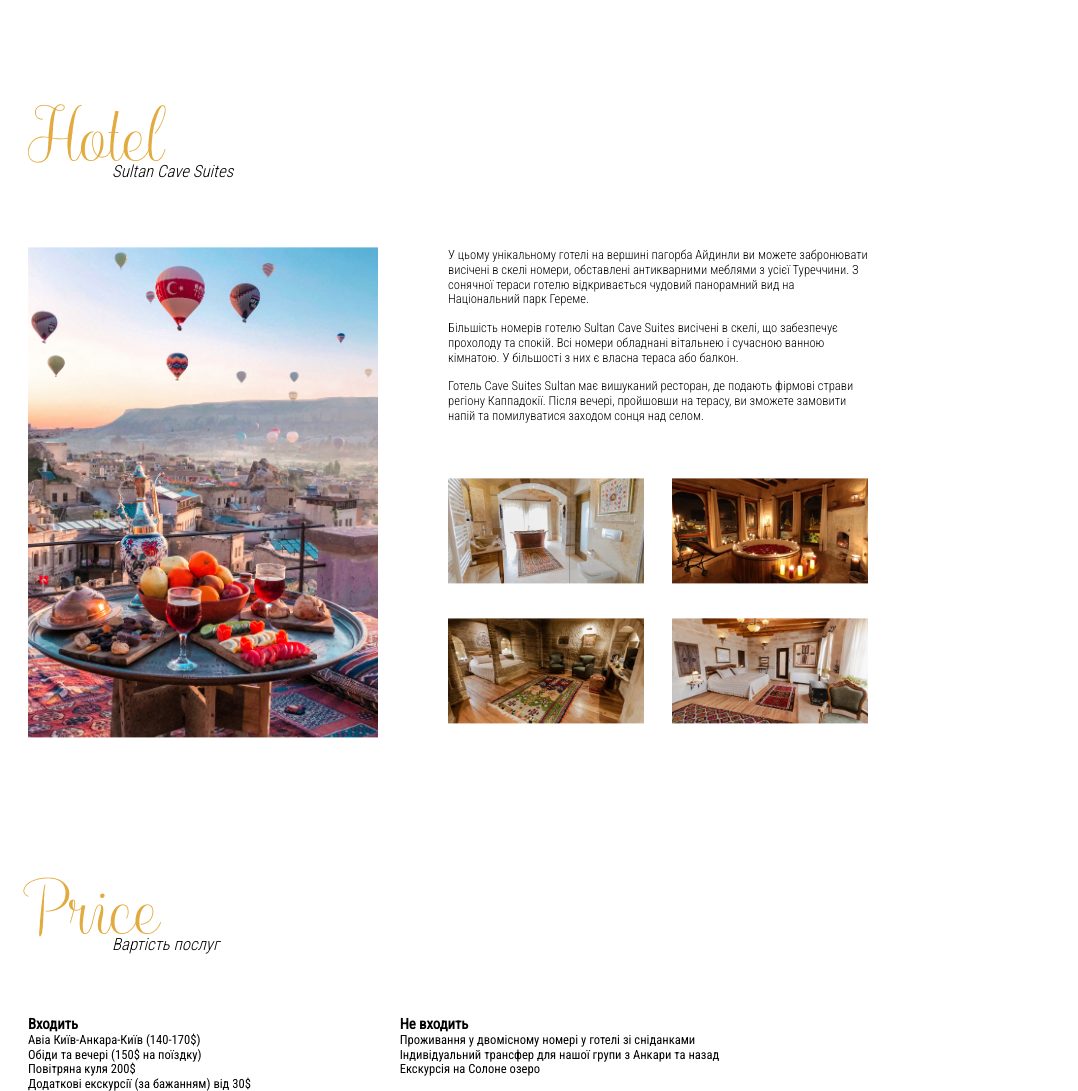
Repository: KYUUBI-K/cappadocia
Page: index.html
The author's editor kept a copy of each file at every save. The page is drawn from the files as they stood at one save, then again after the next save.
The browser window is 1280 px wide. The page is 1540 px wide, so the pictures cover 1540 px, including what lies to the right of the window. The pictures show the part of the page from y = 3179 to 4779 px (the page is 4737 px tall before and 4779 px after), at 70% of full size.

Above is the page before, as saved 2025-08-21 19:17:43.

### index.html
<!DOCTYPE html>
<html lang="en">
  <head>
    <meta charset="UTF-8" />
    <meta name="viewport" content="width=device-width, initial-scale=1.0" />
    <title>Cappadocia</title>
    <link rel="stylesheet" href="./styles.css" />
  </head>
  <body>
    <header class="header">
      <div class="wrapper">
        <nav class="header-menu">
          <ul class="header-menu-list">
            <li class="header-menu-item">
              <a class="header-menu-link" href="#route">Маршрут</a>
            </li>
            <li class="header-menu-item">
              <a class="header-menu-link" href="#hotel">Готель</a>
            </li>
            <li class="header-menu-item">
              <a class="header-menu-link" href="#price">Вартість</a>
            </li>
          </ul>
          <div class="telephone">
            <svg
              class="phone-icon"
              width="30"
              height="30"
              viewBox="0 0 30 30"
              fill="none"
              xmlns="http://www.w3.org/2000/svg"
            >
              <g clip-path="url(#clip0_31_0)">
                <path
                  d="M23.7091 18.5839C23.0949 17.9444 22.3541 17.6025 21.569 17.6025C20.7902 17.6025 20.0431 17.9381 19.4036 18.5776L17.4027 20.5721C17.2381 20.4835 17.0735 20.4011 16.9152 20.3188C16.6873 20.2049 16.472 20.0972 16.2884 19.9832C14.4142 18.7929 12.7109 17.2416 11.0774 15.2345C10.2859 14.2341 9.75404 13.3919 9.36781 12.5372C9.88701 12.0623 10.3682 11.5684 10.8368 11.0935C11.0141 10.9162 11.1913 10.7326 11.3686 10.5553C12.6983 9.22568 12.6983 7.50346 11.3686 6.1738L9.64007 4.44525C9.44379 4.24896 9.24117 4.04635 9.05122 3.84373C8.67132 3.45117 8.27242 3.04594 7.86086 2.66604C7.24669 2.05819 6.51221 1.73528 5.73974 1.73528C4.96727 1.73528 4.22013 2.05819 3.58696 2.66604C3.58063 2.67237 3.58063 2.67237 3.5743 2.6787L1.42152 4.85047C0.61106 5.66093 0.148846 6.64868 0.0475384 7.79472C-0.104423 9.64358 0.440104 11.3658 0.857997 12.4928C1.88373 15.2598 3.41601 17.8241 5.70175 20.5721C8.47504 23.8836 11.8118 26.4986 15.6235 28.3411C17.0798 29.0313 19.0237 29.848 21.1954 29.9873C21.3284 29.9937 21.4677 30 21.5943 30C23.057 30 24.2853 29.4745 25.2477 28.4297C25.2541 28.4171 25.2667 28.4107 25.2731 28.3981C25.6023 27.9992 25.9822 27.6383 26.3811 27.252C26.6534 26.9924 26.932 26.7202 27.2042 26.4353C27.8311 25.7831 28.1603 25.0233 28.1603 24.2445C28.1603 23.4594 27.8247 22.7059 27.1852 22.0727L23.7091 18.5839ZM25.9759 25.2512C25.9695 25.2512 25.9695 25.2576 25.9759 25.2512C25.7289 25.5172 25.4757 25.7578 25.2034 26.0237C24.7918 26.4163 24.374 26.8278 23.9814 27.29C23.3419 27.9739 22.5884 28.2968 21.6007 28.2968C21.5057 28.2968 21.4044 28.2968 21.3094 28.2904C19.4289 28.1701 17.6813 27.4357 16.3707 26.8088C12.7869 25.0739 9.64007 22.6109 7.02508 19.4894C4.86597 16.887 3.42234 14.481 2.46625 11.8977C1.8774 10.3211 1.66212 9.09272 1.7571 7.93401C1.82042 7.19321 2.10534 6.57903 2.63087 6.0535L4.78999 3.89439C5.10024 3.60313 5.42949 3.44484 5.75241 3.44484C6.1513 3.44484 6.47422 3.68544 6.67683 3.88806C6.68317 3.89439 6.6895 3.90072 6.69583 3.90705C7.08206 4.26796 7.4493 4.64153 7.83554 5.04043C8.03182 5.24304 8.23443 5.44565 8.43705 5.6546L10.1656 7.38316C10.8368 8.05432 10.8368 8.67482 10.1656 9.34599C9.98198 9.5296 9.8047 9.71322 9.62108 9.89051C9.08921 10.435 8.58268 10.9416 8.03182 11.4354C8.01916 11.4481 8.00649 11.4544 8.00016 11.4671C7.45563 12.0116 7.55694 12.5435 7.67091 12.9044C7.67724 12.9234 7.68358 12.9424 7.68991 12.9614C8.13946 14.0504 8.77263 15.0762 9.73505 16.2982L9.74138 16.3045C11.4889 18.4573 13.3315 20.1352 15.3639 21.4205C15.6235 21.5852 15.8895 21.7181 16.1427 21.8448C16.3707 21.9587 16.586 22.0664 16.7696 22.1804C16.7949 22.193 16.8202 22.212 16.8456 22.2247C17.0608 22.3323 17.2634 22.383 17.4724 22.383C17.9979 22.383 18.3272 22.0537 18.4348 21.9461L20.6003 19.7806C20.8155 19.5654 21.1574 19.3058 21.5563 19.3058C21.9489 19.3058 22.2718 19.5527 22.4681 19.768C22.4744 19.7743 22.4744 19.7743 22.4808 19.7806L25.9695 23.2694C26.6217 23.9152 26.6217 24.5801 25.9759 25.2512Z"
                  fill="black"
                />
                <path
                  d="M16.2124 7.13621C17.8713 7.41481 19.3782 8.19994 20.5813 9.40296C21.7843 10.606 22.5631 12.1129 22.848 13.7718C22.9176 14.1897 23.2786 14.481 23.6901 14.481C23.7408 14.481 23.7851 14.4747 23.8357 14.4683C24.3043 14.3923 24.6145 13.9491 24.5386 13.4806C24.1966 11.4734 23.2469 9.64357 21.7969 8.19361C20.347 6.74365 18.5171 5.79389 16.51 5.45198C16.0414 5.376 15.6045 5.68625 15.5222 6.14847C15.4399 6.61068 15.7438 7.06023 16.2124 7.13621Z"
                  fill="black"
                />
                <path
                  d="M29.9654 13.2337C29.4019 9.92851 27.8443 6.92095 25.4509 4.52757C23.0575 2.13418 20.05 0.576584 16.7448 0.0130621C16.2826 -0.0692501 15.8457 0.247335 15.7634 0.70955C15.6874 1.1781 15.9977 1.61498 16.4662 1.6973C19.4168 2.1975 22.1078 3.59681 24.2479 5.73059C26.388 7.87071 27.781 10.5617 28.2812 13.5123C28.3508 13.9302 28.7117 14.2214 29.1233 14.2214C29.1739 14.2214 29.2183 14.2151 29.2689 14.2087C29.7311 14.1391 30.0477 13.6959 29.9654 13.2337Z"
                  fill="black"
                />
              </g>
              <defs>
                <clipPath id="clip0_31_0">
                  <rect width="30" height="30" fill="white" />
                </clipPath>
              </defs>
            </svg>
            <div class="number-text">+38(066)555-777-6</div>
          </div>
        </nav>
        <div class="main-title">
          <h1 class="main-title-text">Cappadocia</h1>
          <p class="main-subtitle-text">Ексклюзивний тур</p>
        </div>
      </div>
    </header>

    <section class="about">
      <div class="wrapper">
        <div class="about-title">
          <h2 class="section-title-text">Fairy tail</h2>
          <p class="about-subtitle-text">Казкова країна чудес</p>
        </div>
        <img
          src="./images/Rectangle-about.jpg"
          alt="Hot air balloon"
          class="about-img"
        />
        <div class="about-content">
          <aside class="about-text">
            <!-- prettier-ignore -->
            <p>
            Каппадокія – казкова країна повітряних куль, сирних будиночків,
            різнокольорових долин та чарівних світанків!
            Сюди приїжджають, щоб побачити природні чудеса політати на
            повітряній кулі і, звичайно ж,зробити мільйон красивих фотографій!
          </p>
            <!-- prettier-ignore -->
            <p>
            На учасників туру чекає професійна фотосесія від найкращих
            фотографів Каппадокії!
            Адже саме за чарівними світанками на тлі повітряних куль сюди
            приїжджають люди з усього світу!
          </p>

            <h3>Також Ви побачите:</h3>
            <ul class="about-list">
              <li>Музей на відкритому повітрі у Геремі</li>
              <li>Ущелина Іхлара та монастир Селіме</li>
              <li>Підземні міста</li>
              <li>Фортеця Учхісар</li>
              <li>Зельве та Пашабаг</li>
            </ul>
            <p>та багато інших визначних пам'яток.</p>
            <!-- prettier-ignore -->
            <p>
            Місцева кухня - один із приводів відвідати Каппадокію, тут є ресторани
            на будь-який бюджет.
          </p>
          </aside>
        </div>
      </div>
    </section>

    <section class="route" id="route">
      <div class="wrapper">
        <div class="route-title">
          <h2 class="section-title-text">Our trip</h2>
          <p class="route-subtitle-text">Маршрут</p>
        </div>
        <img
          src="./images/Rectangle-route.png"
          alt="Route map"
          class="route-img"
        />
        <div class="route-content">
          <aside class="route-text">
            <div class="day">
              <h3>День 1</h3>
              <ul>
                <li>Виліт з Києва</li>
                <li>Трансфер до Каппадокії</li>
                <li>Поселення в готель</li>
                <li>Вечірня фотосесія</li>
              </ul>
            </div>

            <div class="day">
              <h3>День 2</h3>
              <ul>
                <li>Фотосесія</li>
                <li>Сніданок у готелі</li>
                <li>Денний тур Каппадокією</li>
                <li>Захід сонця з панорамним видом</li>
              </ul>
            </div>

            <div class="day">
              <h3>День 3</h3>
              <ul>
                <li>Політ на повітряній кулі</li>
                <li>Сніданок у готелі</li>
                <li>Екскурсії на вибір</li>
              </ul>
            </div>

            <div class="day">
              <h3>День 4</h3>
              <ul>
                <li>Вільний час, шопінг</li>
                <li>Трансфер до Анкари</li>
                <li>Виліт до Києва</li>
              </ul>
            </div>
            <button type="button" class="reservation">Забронювати</button>
          </aside>
        </div>
      </div>
    </section>
    <section class="hotel" id="hotel">
      <div class="wrapper">
        <div class="hotel-title">
          <h2 class="section-title-text">Hotel</h2>
          <p class="hotel-subtitle-text">Sultan Cave Suites</p>
        </div>

        <div class="hotel-content">
          <img
            src="./images/Rectangle-hotel.jpg"
            alt="Hot air balloon"
            class="hotel-img"
          />
          <aside class="hotel-side-right">
            <div class="hotel-text">
              <!-- prettier-ignore -->
              <p>
              У цьому унікальному готелі на вершині пагорба Айдинли ви можете забронювати
              висічені в скелі номери, обставлені антикварними меблями з усієї Туреччини. З
              сонячної тераси готелю відкривається чудовий панорамний вид на
              Національний парк Гереме.
            </p>
              <!-- prettier-ignore -->
              <p>
              Більшість номерів готелю Sultan Cave Suites висічені в скелі, що забезпечує
              прохолоду та спокій. Всі номери обладнані вітальнею і сучасною ванною
              кімнатою. У більшості з них є власна тераса або балкон.
            </p>
              <!-- prettier-ignore -->
              <p>
              Готель Cave Suites Sultan має вишуканий ресторан, де подають фірмові страви
              регіону Каппадокії. Після вечері, пройшовши на терасу, ви зможете замовити
              напій та помилуватися заходом сонця над селом.
            </p>
            </div>

            <div class="hotel-images-list">
              <img
                src="./images/Rectangle-hotel1.jpg"
                alt="Hotel room"
                class="hotel-image"
              />
              <img
                src="./images/Rectangle-hotel2.jpg"
                alt="Hotel room"
                class="hotel-image"
              />
              <img
                src="./images/Rectangle-hotel3.jpg"
                alt="Hotel room"
                class="hotel-image"
              />
              <img
                src="./images/Rectangle-hotel4.jpg"
                alt="Hotel room"
                class="hotel-image"
              />
            </div>
          </aside>
        </div>
      </div>
    </section>
    <section class="price" id="price">
      <div class="wrapper">
        <div class="price-title">
          <h2 class="section-title-text">Price</h2>
          <p class="price-subtitle-text">Вартість послуг</p>
        </div>
        <div class="price-content">
          <aside class="price-left">
            <h3>Входить</h3>
            <ul class="price-text">
              <li>Авіа Київ-Анкара-Київ (140-170$)</li>
              <li>Обіди та вечері (150$ на поїздку)</li>
              <li>Повітряна куля 200$</li>
              <li>Додаткові екскурсії (за бажанням) від 30$</li>
            </ul>
          </aside>
          <aside class="price-center">
            <h3>Не входить</h3>
            <ul class="price-text">
              <li>Проживання у двомісному номері у готелі зі сніданками</li>
              <li>Індивідуальний трансфер для нашої групи з Анкари та назад</li>
              <li>Екскурсія на Солоне озеро</li>
            </ul>
          </aside>
          <aside class="price-right">
          </aside>
        </div>

    </section>
  </body>
</html>

### styles.css
@font-face {
  font-family: "Roboto Condensed";
  src: url("./fonts/RobotoCondensed-Light.woff2") format("woff2");
  font-weight: 300;
  font-style: normal;
  font-display: swap;
}

@font-face {
  font-family: "Roboto Condensed";
  src: url("./fonts/RobotoCondensed-Regular.woff2") format("woff2");
  font-weight: 400;
  font-style: normal;
  font-display: swap;
}

@font-face {
  font-family: "Balqis";
  src: url("./fonts/Balqis.woff2") format("woff2");
  font-weight: 400;
  font-style: normal;
  font-display: swap;
}

html {
  box-sizing: border-box;
}
*,
*::before,
*::after {
  box-sizing: inherit;
  margin: 0;
  padding: 0;
}

:root {
  --color-dark: #000000;
  --color-light: #ffffff;
  --color-gray: #e5e5e5;
  --color-orange: #e2ab3f;

  --border: 1px solid var(--color-orange);

  --font-family-base: "Roboto Condensed", sans-serif;
  --font-family-accent: "Balqis", sans-serif;

  --input-height: 50px;
}

li {
  list-style: none;
}

body {
  /* word-wrap: break-word; */
  font-size: 18px;
  font-family: var(--font-family-base);
  background-color: var(--color-light);
  color: var(--color-dark);
}

.header {
  min-height: 100svh;
  background: url("./images/Rectangle.jpg") no-repeat center center;
  background-size: cover;
  background-position: center;
  margin-bottom: 200px;
}
.wrapper {
  margin: 0 auto;
  height: 100%;
  max-width: 1200px;
}

.header-menu {
  display: flex;
  justify-content: space-between;
  align-items: center;
  font-family: var(--font-family-base);
  font-size: 24px;
  font-weight: 400;
  padding-top: 72px;
}
.header-menu-list {
  display: flex;
  column-gap: 45px;
}
.header-menu-link {
  text-decoration: none;
  color: inherit;
}
.telephone {
  display: flex;
  align-items: center;
  column-gap: 10px;
}

.main-title {
  margin-top: 152px;
  text-align: center;
}

.main-title-text {
  font-family: var(--font-family-accent);
  font-size: 250px;
  font-weight: 400;
  line-height: 1;
}

.main-subtitle-text {
  font-family: var(--font-family-base);
  color: var(--color-dark);
  font-weight: 300;
  font-size: 56px;
  line-height: 0;
  font-style: italic;
  transform: translateX(25%);
}

.about {
  margin-bottom: 200px;
  position: relative;
}

.about-title {
  margin-bottom: 100px;
}

.section-title-text {
  font-family: var(--font-family-accent);
  font-weight: 400;
  line-height: 1;
  font-size: 96px;
  color: var(--color-orange);
}

.about-subtitle-text {
  font-family: var(--font-family-base);
  font-weight: 300;
  font-size: 24px;
  font-style: italic;
  line-height: 0;
  transform: translateX(15%);
}

.about-content {
  display: flex;
  justify-content: flex-end;
}

.about-img {
  position: absolute;
  left: 0;
  width: 960px;
  height: 700px;
  object-fit: cover;
  object-position: center;
}
.about-text p {
  font-family: var(--font-family-base);
  font-weight: 300;
  font-size: 18px;
  white-space: pre-line;
  padding-bottom: 50px;
}
.about-list {
  padding-bottom: 50px;
  font-family: var(--font-family-base);
  font-weight: 300;
}

.about-text h3 {
  padding-bottom: 50px;
}

.route {
  position: relative;
  margin-bottom: 200px;
}
.route-title {
  margin-bottom: 108px;
}

.route-subtitle-text {
  transform: translateX(20%);
  font-family: var(--font-family-base);
  font-weight: 300;
  font-size: 24px;
  font-style: italic;
  line-height: 0;
}
.route-content {
  position: relative;
  font-family: var(--font-family-base);
}
.day {
  max-width: 295px;
  margin-bottom: 50px;
}
.route-text {
  font-size: 24px;
  font-weight: 300;
  margin-bottom: 50px;
}
.day h3 {
  margin-bottom: 20px;
}

.reservation {
  border: var(--border);
  text-transform: uppercase;
  font-size: 24px;
  padding: 11px 64px;
  background: none;
}

.route-img {
  position: absolute;
  top: 0;
  right: 0;
  width: 960px;
  height: 1095px;
  object-fit: cover;
  object-position: center;
}

.hotel {
  margin-bottom: 200px;
  position: relative;
}
.hotel-title {
  margin-bottom: 108px;
}
.hotel-subtitle-text {
  transform: translateX(10%);
  font-family: var(--font-family-base);
  font-weight: 300;
  font-size: 24px;
  font-style: italic;
  line-height: 0;
}
.hotel-content {
  display: flex;
  justify-content: space-between;
  column-gap: 100px;
}

.hotel-text {
  margin-bottom: 80px;
}
.hotel-text p {
  margin-bottom: 20px;
  /* white-space: pre-line;  */
  font-family: var(--font-family-base);
  font-size: 18px;
  font-weight: 300;
}
.hotel-img {
  width: 500px;
  height: 700px;
  object-fit: cover;
  object-position: center;
}

.hotel-images-list {
  display: flex;
  flex-wrap: wrap;
  justify-content: space-between;
  row-gap: 50px;
}
.hotel-image {
  width: 280px;
  height: 150px;
  object-fit: cover;
  object-position: center;
}

.price-title {
  margin-bottom: 100px;
}

.price-subtitle-text {
  transform: translateX(10%);
  font-family: var(--font-family-base);
  font-weight: 300;
  font-size: 24px;
  font-style: italic;
  line-height: 0;
}

.price-content {
  display: flex;
  justify-content: space-between;
}

@media (max-width: 1040px) {
  .main-title-text {
    font-size: 150px;
  }
  .main-subtitle-text {
    font-size: 46px;
  }
}

@media (max-width: 830px) {
  .header-menu {
    padding-top: 40px;
  }

  .header-menu-list {
    column-gap: 35px;
  }
  .main-title-text {
    font-size: 150px;
  }
  .main-subtitle-text {
    font-size: 36px;
  }
}

@media (max-width: 630px) {
  .header-menu {
    font-size: 18px;
  }
  .header-menu-list {
    column-gap: 20px;
  }
  .telephone {
    column-gap: 5px;
  }
  .phone-icon {
    width: 18px;
    height: 18px;
  }
  .main-title-text {
    font-size: 100px;
  }
  .main-subtitle-text {
    font-size: 26px;
  }
}

@media (max-width: 450px) {
  .header-menu {
    font-size: 15px;
  }
  .header-menu-list {
    column-gap: 15px;
  }
  .telephone {
    column-gap: 3px;
  }
  .phone-icon {
    width: 15px;
    height: 15px;
  }
  .main-title-text {
    font-size: 50px;
  }
  .main-subtitle-text {
    font-size: 15px;
  }
}

After the next save:
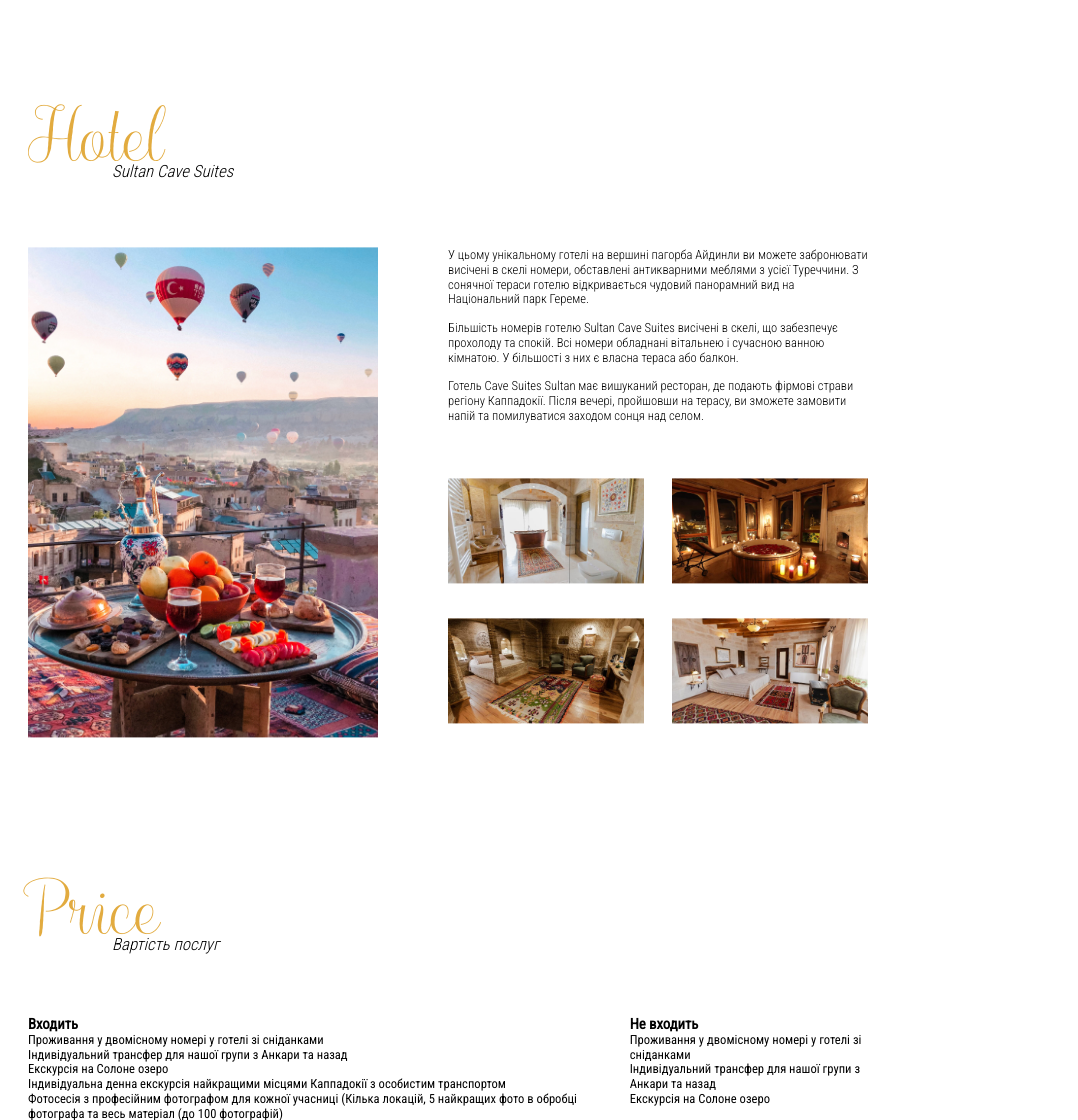
Saved 32 s later.
--- a/index.html
+++ b/index.html
@@ -234,10 +234,12 @@
           <aside class="price-left">
             <h3>Входить</h3>
             <ul class="price-text">
-              <li>Авіа Київ-Анкара-Київ (140-170$)</li>
-              <li>Обіди та вечері (150$ на поїздку)</li>
-              <li>Повітряна куля 200$</li>
-              <li>Додаткові екскурсії (за бажанням) від 30$</li>
+              <li>Проживання у двомісному номері у готелі зі сніданками</li>
+              <li>Індивідуальний трансфер для нашої групи з Анкари та назад</li>
+              <li>Екскурсія на Солоне озеро</li>
+              <li>Індивідуальна денна екскурсія найкращими місцями Каппадокії з особистим транспортом</li>
+              <li>Фотосесія з професійним фотографом для кожної учасниці
+              (Кілька локацій, 5 найкращих фото в обробці фотографа та весь матеріал (до 100 фотографій)</li>
             </ul>
           </aside>
           <aside class="price-center">
